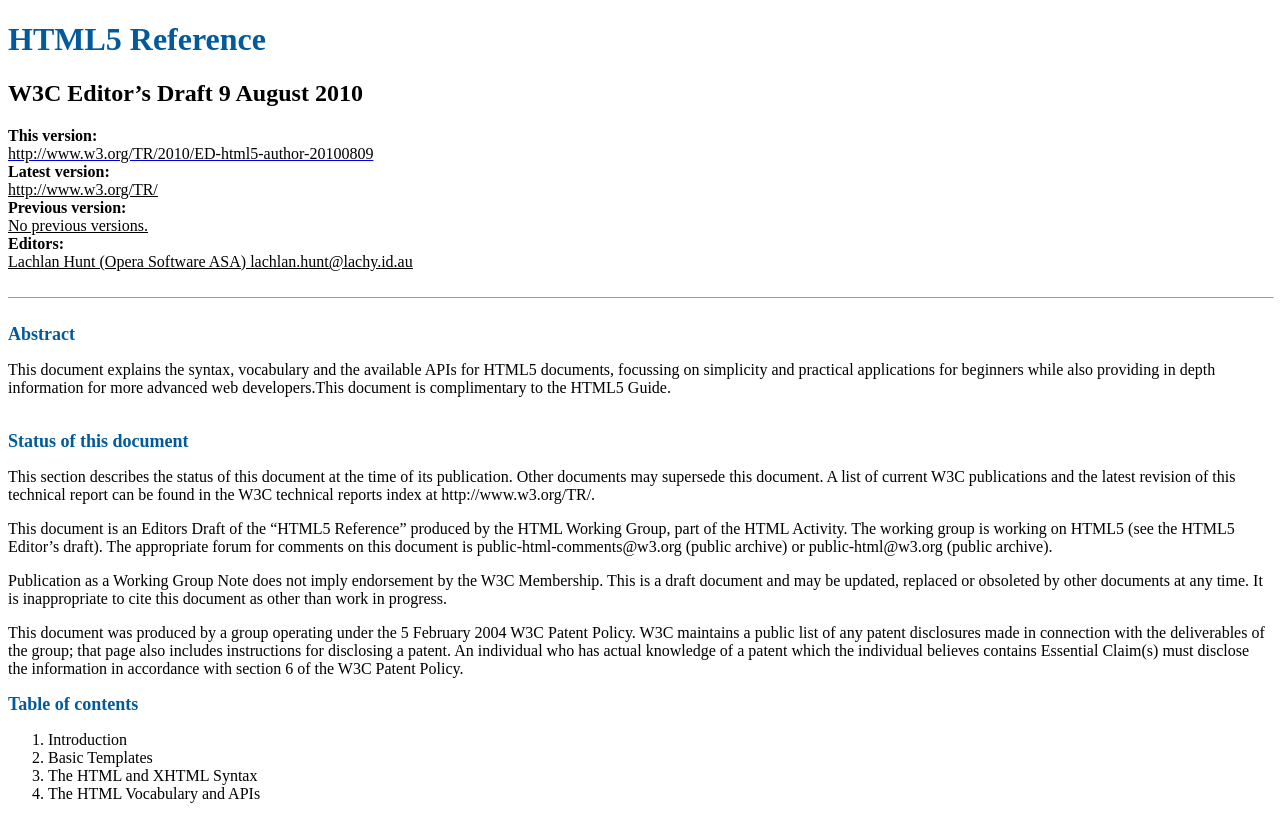
Repository: Hwang-97/HhwDesktop
Page: client/ClientTest/src/main/webapp/html/question/list/q1.html
The author's editor kept a copy of each file at every save. The page is drawn from the files as they stood at one save, then again after the next save.
The browser window is 1280 px wide. The pictures show the whole page.

Above is the page before, as saved 2021-12-09 11:01:02.

### client/ClientTest/src/main/webapp/html/question/list/q1.html
<!DOCTYPE html>
<html>
<head>
<meta charset="UTF-8">
<title>Q1</title>
</head>
<body>
<h1><font color = "005A9C">HTML5 Reference</font></h1>
<h2>W3C Editor’s Draft 9 August 2010</h2>
<strong>This version:</strong><br>
<a href="http://www.w3.org/TR/2010/ED-html5-author-20100809">
<font color ="000000">http://www.w3.org/TR/2010/ED-html5-author-20100809
</font>
</a><br>

<strong>Latest version:</strong><br>
<a href="http://www.w3.org/TR/">
<font color ="000000"><u>http://www.w3.org/TR/</u></font>
</a><br>

<strong>Previous version:</strong><br>
<a href="No previous versions.">
<font color ="000000"><u>No previous versions.</u></font>
</a><br>

<strong>Editors:</strong><br>
<a href="Lachlan Hunt (Opera Software ASA) lachlan.hunt@lachy.id.au">
<font color ="000000"><u>Lachlan Hunt (Opera Software ASA) lachlan.hunt@lachy.id.au</u></font>
</a><br><br>

<hr size ="1" width="100%"><br>

<font color = "005A9C" size ="4"><b>Abstract</b></font><br>
<p>This document explains the syntax, vocabulary and the available APIs for HTML5 documents, focussing on simplicity and practical applications for beginners while also providing in depth information for more advanced web developers.This document is complimentary to the HTML5 Guide.</p><br>

<font color = "005A9C" size ="4"><b>Status of this document</b></font><br>
<p>This section describes the status of this document at the time of its publication. Other documents may supersede this document. A list of current W3C publications and the latest revision of this technical report can be found in the W3C technical reports index at http://www.w3.org/TR/.</p>
<p>This document is an Editors Draft of the “HTML5 Reference” produced by the HTML Working Group, part of the HTML Activity. The working group is working on HTML5 (see the HTML5 Editor’s draft). The appropriate forum for comments on this document is public-html-comments@w3.org (public archive) or public-html@w3.org (public archive).</p>
<p>Publication as a Working Group Note does not imply endorsement by the W3C Membership. This is a draft document and may be updated, replaced or obsoleted by other documents at any time. It is inappropriate to cite this document as other than work in progress.</p>
<p>This document was produced by a group operating under the 5 February 2004 W3C Patent Policy. W3C maintains a public list of any patent disclosures made in connection with the deliverables of the group; that page also includes instructions for disclosing a patent. An individual who has actual knowledge of a patent which the individual believes contains Essential Claim(s) must disclose the information in accordance with section 6 of the W3C Patent Policy.</p>

<font color = "005A9C" size ="4"><b>Table of contents</b></font><br>
<ol>
	<li>Introduction</li>
	<li>Basic Templates</li>
	<li>The HTML and XHTML Syntax</li>
	<li>The HTML Vocabulary and APIs</li>
</ol>
</body>
</html>

After the next save:
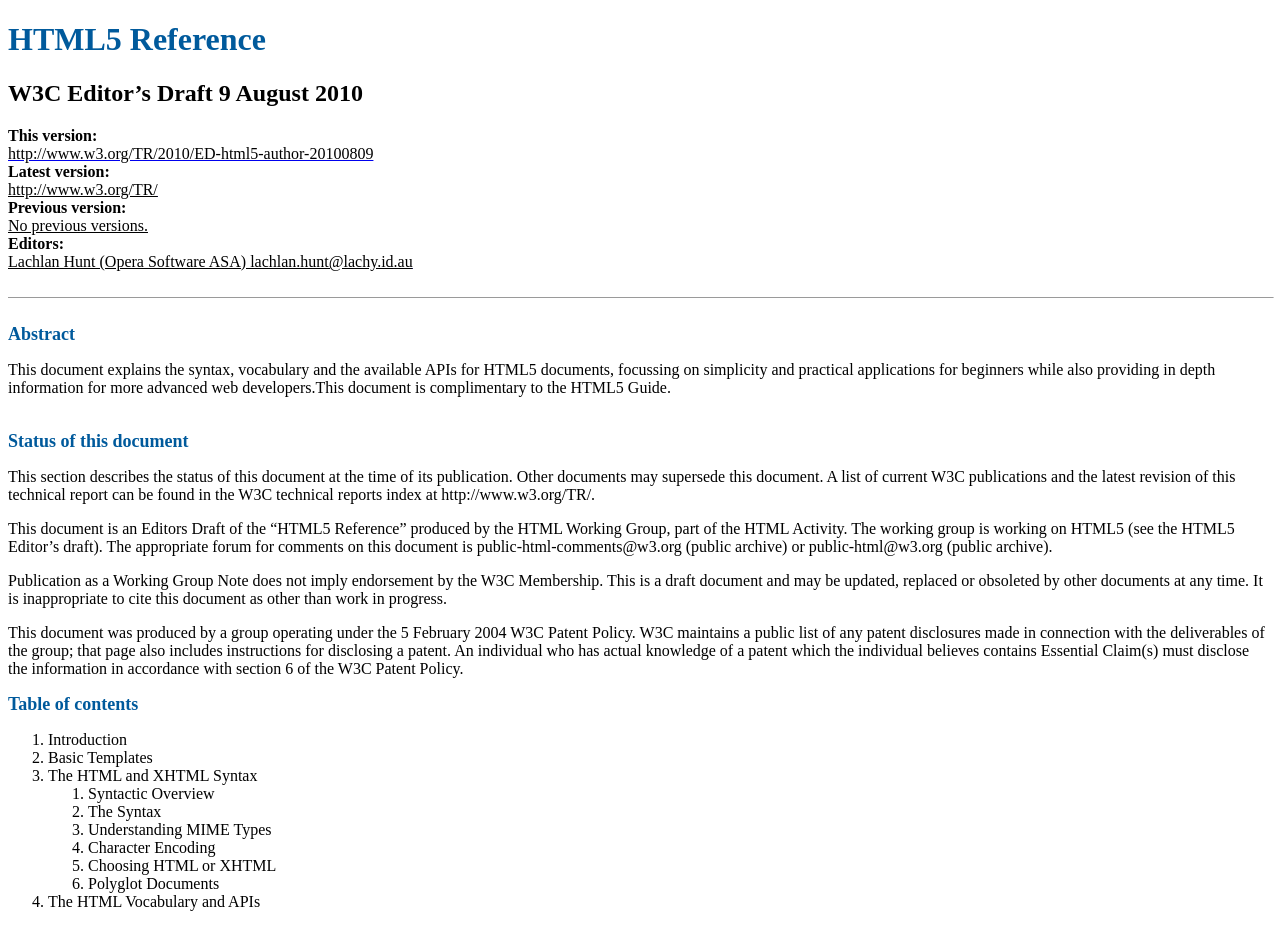
Saved 2 min 36 s later.
--- a/client/ClientTest/src/main/webapp/html/question/list/q1.html
+++ b/client/ClientTest/src/main/webapp/html/question/list/q1.html
@@ -44,6 +44,14 @@
 	<li>Introduction</li>
 	<li>Basic Templates</li>
 	<li>The HTML and XHTML Syntax</li>
+		<ol>
+			<li>Syntactic Overview</li>
+			<li>The Syntax</li>
+			<li>Understanding MIME Types</li>
+			<li>Character Encoding</li>
+			<li>Choosing HTML or XHTML</li>
+			<li>Polyglot Documents</li>
+		</ol>
 	<li>The HTML Vocabulary and APIs</li>
 </ol>
 </body>
